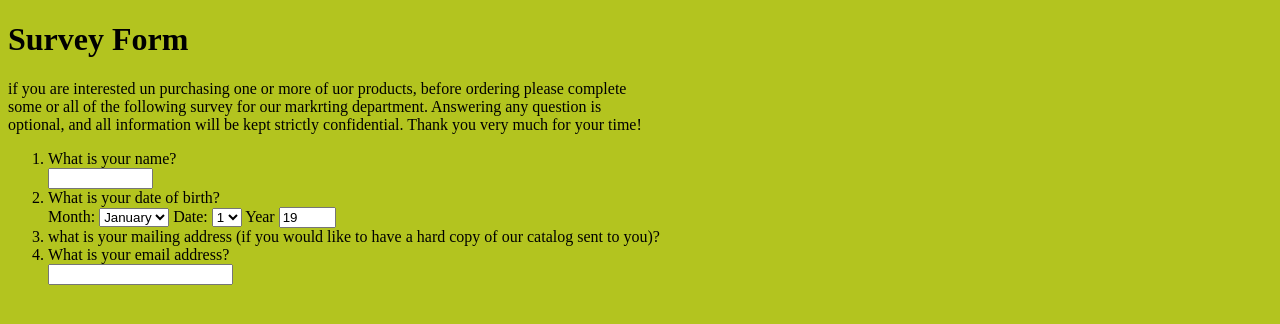
Repository: PhamChiXuan1/HTCNW_tuan3_DHCNTT16C_PhamChiXuan_20030131
Page: bt17.html
These files come from the project's save history. The page is drawn as it stood at one moment and after the next save; the edit follows.
The browser window is 1280 px wide. The pictures show the whole page.

Above is the page before, as saved 2022-02-27 22:22:27.

After the next save:
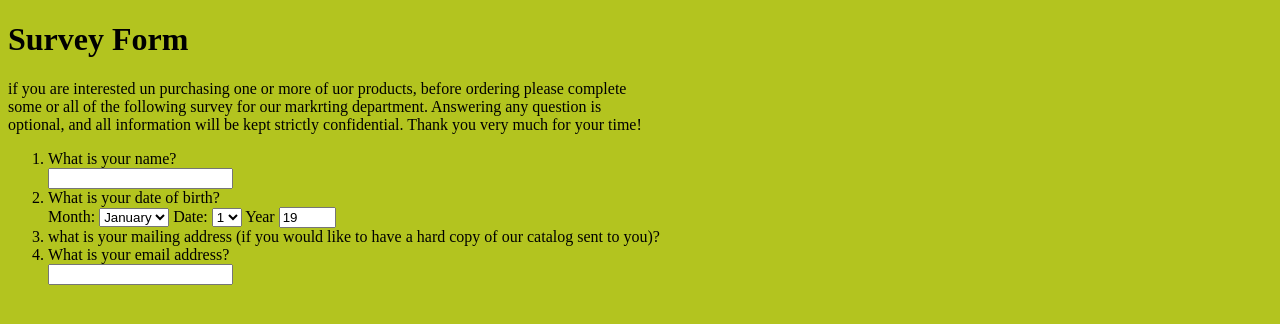
Saved 4 s later.
--- a/bt17.html
+++ b/bt17.html
@@ -11,7 +11,7 @@
     <P>if you are interested un purchasing one or more of uor products, before ordering please complete <br>some or all of the following survey for our markrting department. Answering any question is <br>optional, and all information will be kept strictly confidential. Thank you very much for your time!</P>
     <ol type="1">
         <li>What is your name?</li>
-            <input type="text" id="" name="19" size="10" >
+            <input type="text" id="" name="19" size="20" >
         <li>What is your date of birth?</li>
         <form>
             <label for="cars">Month:</label>
